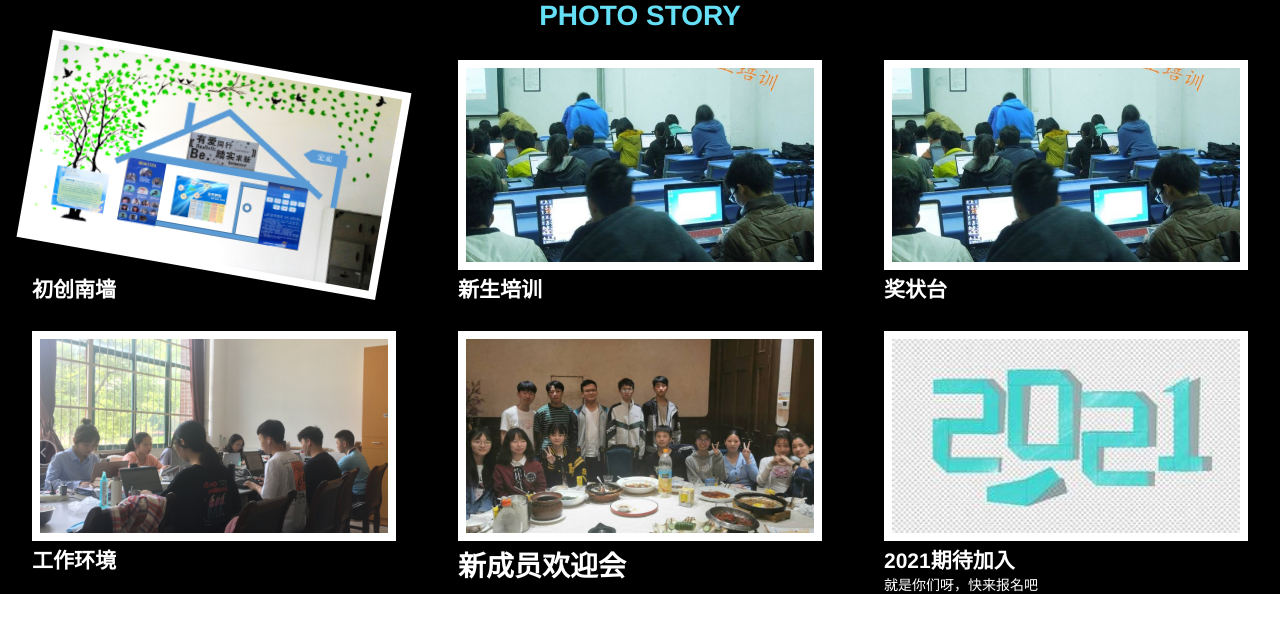
Repository: Homyit20/website
Page: /#/photo
An editor plug-in stored every save of this project. The page is shown before and after the next save, followed by the edit.
The browser window is 1280 px wide. The pictures show the whole page.
The project was rebuilt for these pictures with package versions that can differ from the ones it lists, and the page was loaded fresh each time. Also part of the build but not shown: vue.config.js.

Above is the page before, as saved 2021-08-10 15:07:49.

After the next save:
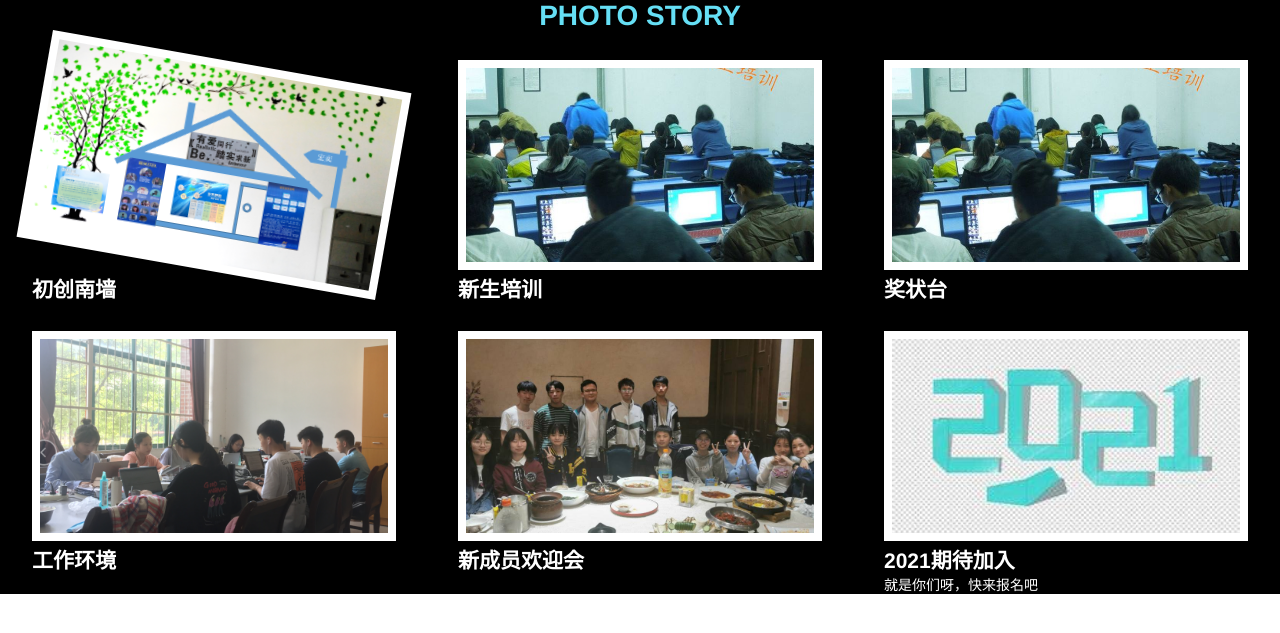
Saved 17 s later.
--- a/src/views/photo.vue
+++ b/src/views/photo.vue
@@ -21,7 +21,7 @@
       </div>
       <div class="photo-content-img">
         <img src="../assets/techlogin/images/2020.jpg" class="our-photo" @click="changephoto(4)">
-        <h1>新成员欢迎会</h1>
+        <h2>新成员欢迎会</h2>
       </div>
       <div class="photo-content-img">
         <img src="../assets/techlogin/images/2021.jpg" class="our-photo" @click="changephoto(5)">
